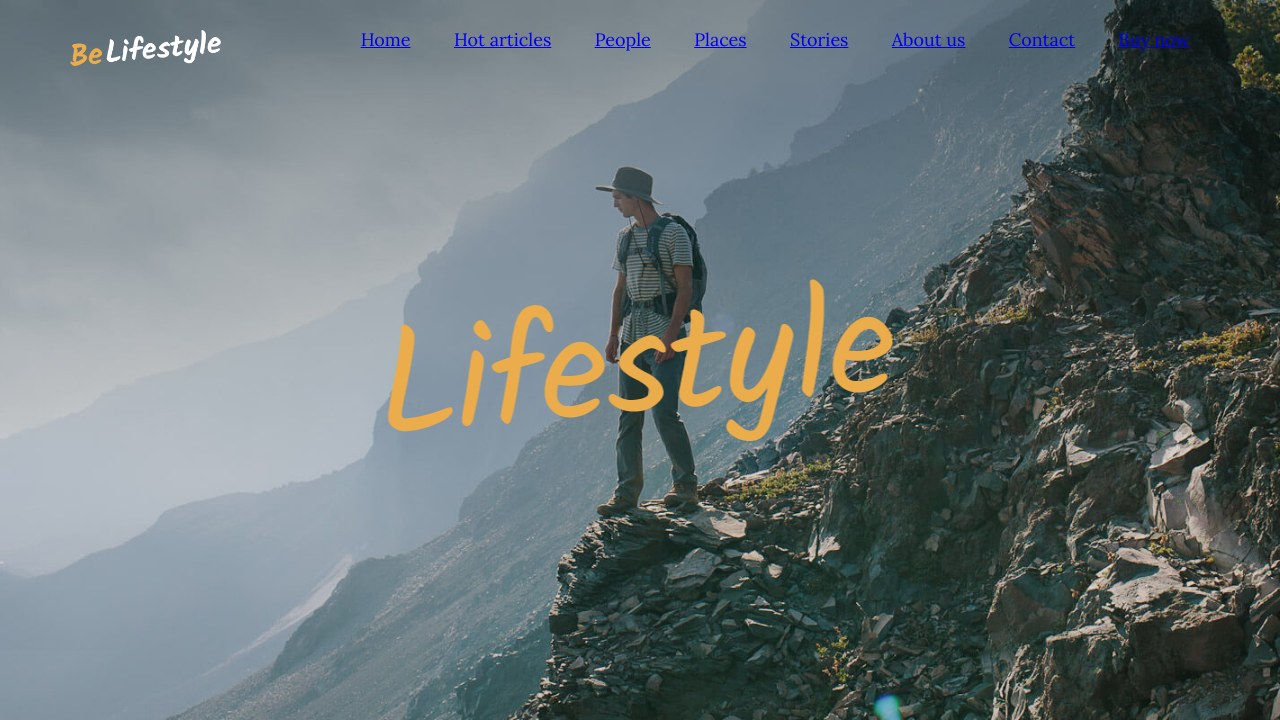
Repository: MalgorzataMazur/BeLife
Page: index.html
These files come from the project's save history. The page is drawn as it stood at one moment and after the next save; the edit follows.
The browser window is 1280 px wide. The pictures show the whole page.

Above is the page before, as saved 2019-10-31 20:06:55.

### index.html
<!DOCTYPE html>
<html lang="en-US">
<head>
    <link rel="stylesheet" href="vendors/css/normalize.css">
    <link rel="stylesheet" href="vendors/css/grid.css">
    <link rel="stylesheet" type="text/css" href="resources/css/style.css">
    <link href="https://fonts.googleapis.com/css?family=Lora:400,400i,700,700i&display=swap" rel="stylesheet">
    <title>BeLifestyle</title>
    <meta charset="UTF-8">
    <meta name="viewport" content="width=device-width, initial-scale=1.0">
    <meta http-equiv="X-UA-Compatible" content="ie=edge">
    <title>Document</title>
</head>
<body>
    <header>
        <nav>
            <div class="row">
                <img src="resources/img/retina-lifestyle.png" alt="BeLifestyle logo" class="logo">
                <ul class="main-nav">
                    <li><a href="/home" class="first">Home</a></li>
                    <li><a href="#">Hot articles</a></li>
                    <li><a href="#">People</a></li>
                    <li><a href="#">Places</a></li>
                    <li><a href="#">Stories</a></li>
                    <li><a href="#">About us</a></li>
                    <li><a href="#">Contact</a></li>
                    <li><a href="/buy" class="last">Buy now</a></li>

                </ul>

            </div>
        </nav>
        <div class="hero-logo-box">
            <h1><img src="resources/css/img/home_lifestyle_slogan.png"></h1>
        </div>

    </header>




</body>
</html>

### resources/css/style.css
/* ---------BASIC SETUP---------- */
* {
    margin: 0;
    padding: 0;
    box-sizing: border-box;
}

html {
    color: #9d9fa0;
    font-family: "Lora", Arial, Tahoma, sans-serif;
    font-weight: 400;
    font-size: 13px;

}

/* ---------REAUSABLE COMPONENTS---------- */
.row {
    max-width: 1140px;
    margin: 0 auto;
}

/* ---------HEADINGS---------- */
h1 {
    margin: 0;
    position: absolute;
    left: 50%;
    top: 50%;
    transform: translate(-50%,-50%);
    width: 505px;
    height: 162px;

}

/* ---------HEADER---------- */
header {
    background-image:  url(img/home_lifestyle_blog_sectionbg1.jpg);
    background-size: cover;
    background-position: center;
    height: 100vh;
}

.hero-logo-box {
    width: 1140px;
}

.logo {
    height: 36px;
    width: auto;
    margin-top: 30px;
    float: left;

}

.main-nav {
    float: right;
    list-style: none;
    margin-top: 30px;


}
.main-nav li {
    display: inline-block;
    font-size: 138%;
    padding: 0 20px;
    text-decoration: none;
}


.main-nav li {
    color: #C6CAD0;

}

.main-nav li.first {
    color: #ffffff;
    font-weight: 400;
}


.main-nav li.last {
    color: #f3c070;
}

Loaded but not shown: vendors/css/normalize.css (library); vendors/css/grid.css (library)

After the next save:
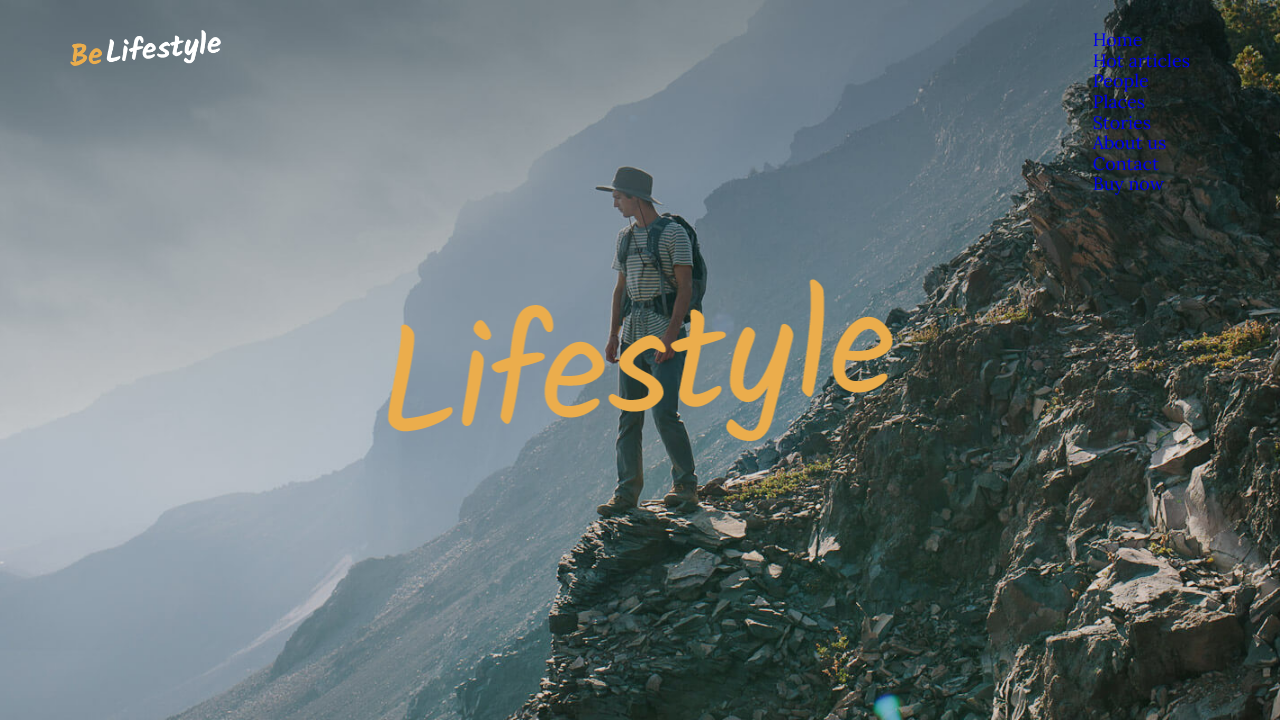
Saved 24 s later.
--- a/resources/css/style.css
+++ b/resources/css/style.css
@@ -58,7 +58,7 @@
 
 
 }
-.main-nav li {
+.main-nav li a {
     display: inline-block;
     font-size: 138%;
     padding: 0 20px;

After the save that followed:
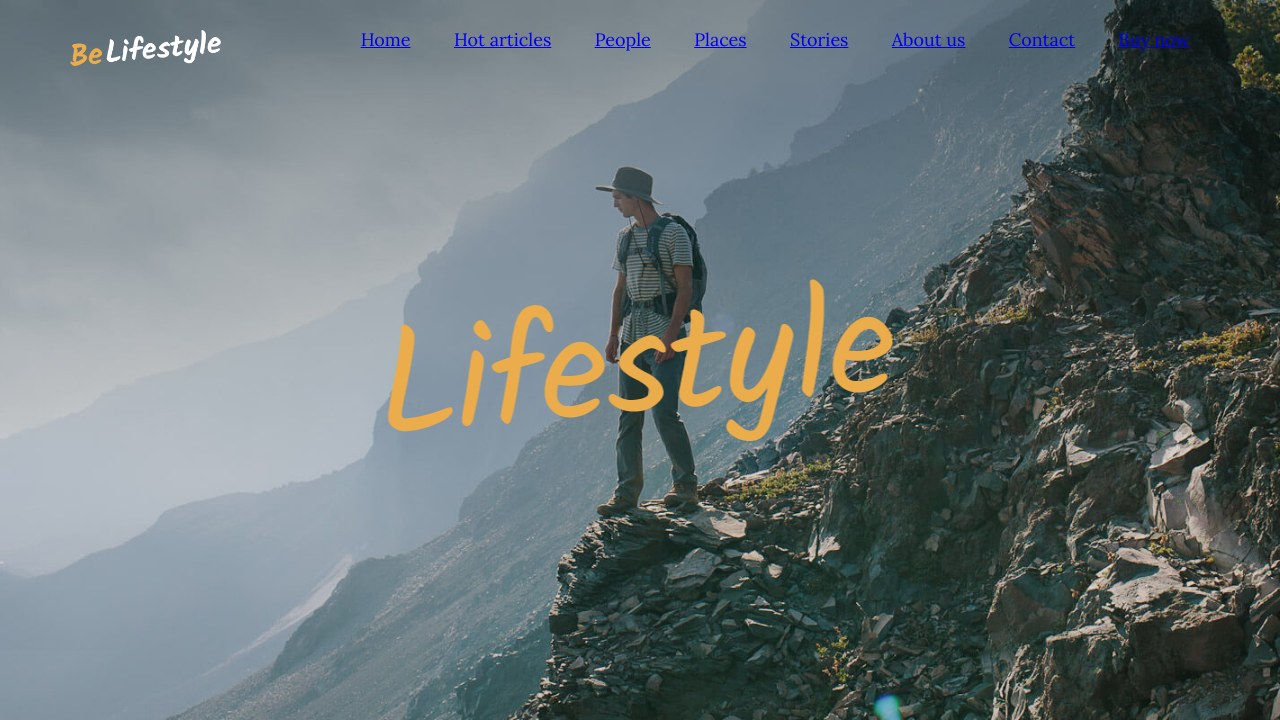
Saved 15 s later.
--- a/resources/css/style.css
+++ b/resources/css/style.css
@@ -58,7 +58,7 @@
 
 
 }
-.main-nav li a {
+.main-nav li {
     display: inline-block;
     font-size: 138%;
     padding: 0 20px;
